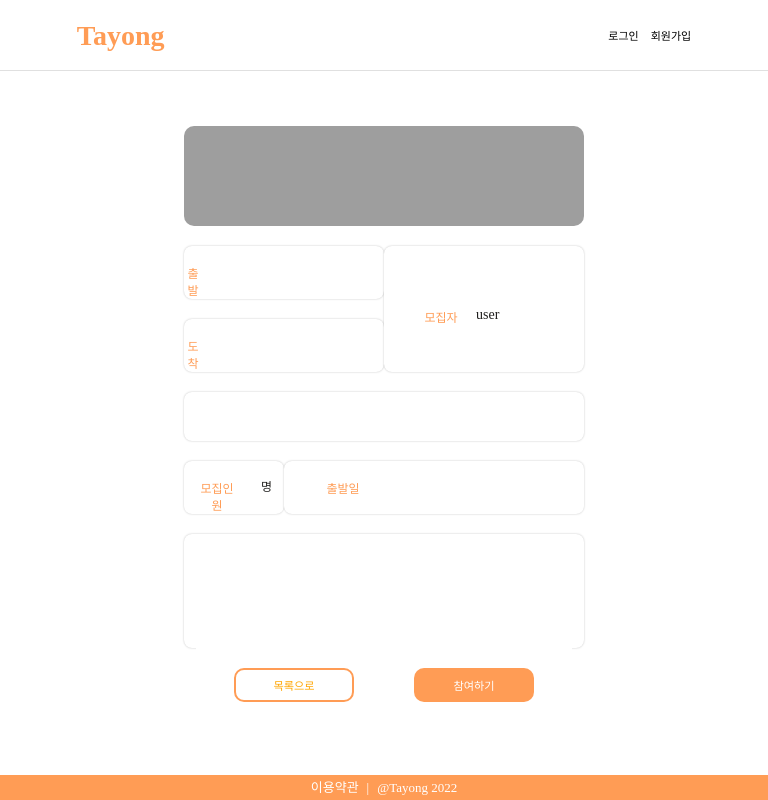
Repository: YEOMJINSEOP/Tayong
Page: /detail (app in react/)
The author's editor kept a copy of each file at every save. The page is drawn from the files as they stood at one save, then again after the next save.
The browser window is 768 px wide. The pictures show the whole page.
Pictures or frames that could not be fetched are drawn as grey boxes. The page's requests for data from a server got no answer. Some web fonts or font styles are not loaded; a fallback is used. The project was rebuilt for these pictures with package versions that can differ from the ones it lists, and the page was loaded fresh each time. No one was signed in, and anything a server would have sent is missing. Also part of the build but not shown: react/src/components/departure/departure.jsx, react/src/components/arrival/arrival.jsx, react/src/components/locationSelector/locationSelector.jsx, react/src/pages/Home.jsx, react/src/components/meet/meet.jsx, react/src/components/list/meetList.jsx, react/src/pages/List.jsx, react/src/components/form/form.jsx and 5 more.

Above is the page before, as saved 2022-12-09 10:40:59.

### react/public/index.html
<!DOCTYPE html>
<html lang="en">
  <head>
    <base href="/" />
    <meta charset="utf-8" />
    <link rel="icon" href="%PUBLIC_URL%/favicon.ico" />
    <meta name="viewport" content="width=device-width, initial-scale=1" />
    <meta name="theme-color" content="#000000" />
    <meta
      name="description"
      content="Web site created using create-react-app"
    />
    <link rel="apple-touch-icon" href="%PUBLIC_URL%/logo192.png" />
    <!--
      manifest.json provides metadata used when your web app is installed on a
      user's mobile device or desktop. See https://developers.google.com/web/fundamentals/web-app-manifest/
    -->
    <link rel="manifest" href="%PUBLIC_URL%/manifest.json" />
    <!--
      Notice the use of %PUBLIC_URL% in the tags above.
      It will be replaced with the URL of the `public` folder during the build.
      Only files inside the `public` folder can be referenced from the HTML.

      Unlike "/favicon.ico" or "favicon.ico", "%PUBLIC_URL%/favicon.ico" will
      work correctly both with client-side routing and a non-root public URL.
      Learn how to configure a non-root public URL by running `npm run build`.
    -->
    <title>React App</title>
  </head>
  <body>
    <noscript>You need to enable JavaScript to run this app.</noscript>
    <div id="root"></div>
    <!--
      This HTML file is a template.
      If you open it directly in the browser, you will see an empty page.

      You can add webfonts, meta tags, or analytics to this file.
      The build step will place the bundled scripts into the <body> tag.

      To begin the development, run `npm start` or `yarn start`.
      To create a production bundle, use `npm run build` or `yarn build`.
    -->
  </body>
</html>

### react/src/App.module.css
:root{

  /* color */
  --color-orange: #FF9C55;
  --color-light-grey: #e0e0e0;
  --color-white: #ffffff;
  --color-black: #201F1E;


  /* font family */
  --font-famiy-pretendard-regular: 'Pretendard-Regular';
  --font-family-leferipoint-black: 'LeferiPoint-BlackA';
  --font-family-leferibase-regular: 'LeferiBaseType-RegularA';
  --font-family-leferibase-bold:  'LeferiBaseType-BoldA';

  /* font size */
  --font-large: 48px;
  --font-medium: 28px;
  --font-regular: 18px;
  --font-small: 14px;
  --font-semi-small: 12px;
  --font-micro: 10px;

  /* font weight */
  --weight-pretendard-thin:  100;
  --weight-pretendard-extraLight:  200;
  --weight-pretendard-light: 300;
  --weight-pretendard-regular: 400;
  --weight-pretendard-medium:  500;
  --weight-pretendard-semiBold:  600;
  --weight-pretendard-bold:  700;
  --weight-pretendard-extraBold: 800;
  --weight-pretendard-black: 900;

  --weight-leferi-point-white: 200;
  --weight-leferi-point-black: 700;

  --weight-leferi-base-regular: 400;
  --weight-leferi-base-bold: 700;

 /* border weight */
 --border-weight: 1.5px;

 /* border radius */
 --border-radius: 0.7rem;
}

/* universal setting*/
*{
  margin: 0;
  box-sizing: border-box;
}

@font-face {
  font-family: 'LeferiPoint-BlackA';
  src: url('https://cdn.jsdelivr.net/gh/projectnoonnu/noonfonts_2201-2@1.0/LeferiPoint-BlackA.woff') format('woff');
  font-weight: normal;
  font-style: normal;
}


@font-face {
  font-family: 'LeferiBaseType-BoldA';
  src: url('https://cdn.jsdelivr.net/gh/projectnoonnu/noonfonts_2201-2@1.0/LeferiBaseType-BoldA.woff') format('woff');
  font-weight: normal;
  font-style: normal;
}

@font-face {
  font-family: 'LeferiBaseType-RegularA';
  src: url('https://cdn.jsdelivr.net/gh/projectnoonnu/noonfonts_2201-2@1.0/LeferiBaseType-RegularA.woff') format('woff');
  font-weight: normal;
  font-style: normal;
}

@font-face {
  font-family: 'Pretendard-Regular';
  src: url('https://cdn.jsdelivr.net/gh/Project-Noonnu/noonfonts_2107@1.1/Pretendard-Regular.woff') format('woff');
  font-weight: 400;
  font-style: normal;
}



input:focus{
  outline: none;
}

button{
  border: none;
  cursor: pointer;
  background-color: transparent;
}

### react/src/pages/Detail.jsx
import React from 'react';
import Footer from '../components/footer/footer';
import Header from '../components/header/header';
import MeetDetail from '../components/meetDetail/meetDetail'

function Detail(props) {
  return (
    <>
      <Header/>
      <MeetDetail/>
      <Footer/>
    </>
  );
}

export default Detail;

### react/src/components/header/header.jsx
import React from 'react';
import { useEffect } from 'react';
import { useState } from 'react';
import { useNavigate } from 'react-router-dom';
import styles from './header.module.css';
import getData from '../../service/getData';

function Header(props) {
  const navigate = useNavigate();
  const[loginId, setLoginId] = useState("로그인");
  const[loginSucceed, setLoginSucceed] = useState(0);

  const showLoginId = () => {
    if(loginSucceed == 1){
      return loginId;
    }
    else{
      return '로그인';
    }
  }

  const showSignUp = () => {
    if(loginSucceed == 1){
      return "";
    }
    else{
      return '회원가입'
    }
  }

  useEffect(() => {
    const getUrl = 'https://yw1nspc2nl.execute-api.ap-northeast-2.amazonaws.com/dev/loginValue';
    getData(getUrl)
      .then(data => {
        const isLoginSucceed = JSON.parse(data.data['loginSuccess']);
        const loginId = data.data['loginId'];
        console.log(isLoginSucceed);
        setLoginSucceed(isLoginSucceed);
        setLoginId(loginId);
      })
  })

  return (
    <>
      <nav className={styles.navbar}>
        <p className={styles.logo} onClick={() => {
          navigate(`/`)
        }} >Tayong</p>
        <div className={styles.navbarBtn}>
          <button className={styles.btn} onClick={() => {navigate('/login')}}>{showLoginId()}</button>
          <button className={styles.btn} onClick={() => {navigate('/signup')}}>{showSignUp()}</button>
        </div>
      </nav>
    </>
  );
}

export default Header;

### react/src/components/footer/footer.jsx
import React from 'react';
import styles from './footer.module.css';

function Footer(props) {
  return (
     <footer className={styles.footer}>
      <p className={styles.contract}>이용약관</p>
      <span className={styles.divider}>  |  </span>
      <p className={styles.name}>@Tayong 2022</p>
     </footer>
  );
}

export default Footer;

### react/src/components/header/header.module.css
@import '../../App.module.css';

@font-face {
  font-family: 'LeferiPoint-BlackA';
  src: url('https://cdn.jsdelivr.net/gh/projectnoonnu/noonfonts_2201-2@1.0/LeferiPoint-BlackA.woff') format('woff');
  font-weight: normal;
  font-style: normal;
}

button{
  width: 4rem;
  font-size: 0.7rem;
}

.navbar{
  z-index: 1;
  width: 100%;
  height: 71px;

  position: fixed;

  background-color: var(--color-white);
  border-bottom: var(--border-weight) solid var(--color-light-grey);
  display: flex;
  align-items: center;
  justify-content: space-between;
}

.logo{
  font-family: 'LeferiPoint-BlackA';
  font-size: var(--font-medium);
  font-weight: bold;
  color: var(--color-orange);
  padding-left: 10vw;
  cursor: pointer;
}

.navbarBtn{
  display: flex;
  flex-direction: row;
  justify-content: center;
  align-items: center;
  padding-right: 10vw;
}

.btn{
  font-family: var(--font-famiy-pretendard-regular);
  font-size: 15px;
  font-weight: var(--weight-pretendard-light);
  width: 100px;
  height: 1.2rem;
  padding: 0;
  cursor: pointer;
}

@media screen and (max-width: 768px){

  .btn {
    font-size: 11px;
    width:fit-content;
    margin-left: 12px;
  }
  .navbarBtn{
    display: flex;
    justify-content: right;
  }
}

### react/src/service/getData.jsx
import axios from 'axios';

const getData = (url) => {
  return axios.get(url);
}

export default getData;

### react/src/components/footer/footer.module.css
@import '../../App.module.css';

.footer{
  width: 100%;
  height: 25px;

  position: fixed;
  bottom: 0;

  background-color: var(--color-orange);

  display: flex;
  flex-direction: row;
  justify-content: center;
  align-items: center;
  font-size: var(--font-micro)
}

.contract, .name, .divider{
  font-family: var(--font-famiy-pretendard-regular);
  color: var(--color-white);
  font-size: 13px;
}

.divider{
  margin: 0 8px;
}

.contract:hover{
  cursor: pointer;
}

### react/src/components/locationSelector/locationSelector.module.css
@import '../../App.module.css';

.locationSelector{
  position: fixed;

  width: 100%;
  margin: auto;
  top: 35%;

  display: flex;
  flex-direction: column;
  align-items: center;
}

.location{
  display: flex;
  flex-direction: row;
  justify-content: space-between;
  margin-bottom: 30px;
}

.info{
  font-size: 20px;
  color: var(--color-black);
  text-align: center;
  padding-bottom: 0.5rem;
}


.info span{
  font-size: 26px;
  font-weight: var(--weight-pretendard-medium);
  color: var(--color-orange);
}

.ocos{
  font-family: var(--font-family-leferibase-bold);
}

.info{
  margin-bottom: 1;
}


.arrow{

  margin-top: 80px;
  display: flex;
  align-items:center;
  font-size: 30px;
  color: var(--color-orange);
}


.submitBtn{

  position: fixed;
  top: 62%;
  outline: none;
  width: 201px;
  height: 51px;

  font-family: var(--font-family-pretendard-regular);
  font-weight: var(--weight-pretendard-semiBold);
  font-size: 16px;
  color: var(--color-white);

  background-color: var(--color-orange);
  border-radius: var(--border-radius);
}


@media screen and (max-width: 768px){

.info{
    font-size: 16px;
    color: var(--color-black);
    text-align: center;
    padding-bottom: 0.5rem;
}


.info span{
    font-size: 22px;
    font-weight: var(--weight-pretendard-medium);
    color: var(--color-orange);
}

.ocos{
    font-size: 22px;
    font-family: var(--font-family-leferibase-bold);
}

.arrow{
  transform: rotate(90deg);
}

.departure{
  margin-bottom: 30px;
}

.arrival{
  margin-top: 30px;
}


.location{
  position: fixed;
  top: 15%;
  display: flex;
  flex-direction: column;
  justify-content: center;
  align-items: center;
  margin-bottom: 30px;
}

.arrow{
  margin: 20px 0;
  padding: 0;
}

.submitBtn {
  position: fixed;
  top: 75%;
}
}

### react/src/components/meetDetail/meetDetail.module.css
@import '../../App.module.css';


.container{
  position: absolute;
  top: 12%;

  width: 100%;
  display: flex;
  flex-direction: column;
  align-items: center;
  justify-content: center;

  /* background-color: lightblue; */
}

.departure, .arrival, .remainingTime, .recruitment, .transport, .title, .content, .user{
  border: none;
  outline: none;
  background: var(--color-white);
  box-shadow: 0px 0px 2px rgba(0, 0, 0, 0.25);
  border-radius: 8px;
  text-align: center;

  display: flex;
  justify-content: space-between;
  align-items: center;

  padding: 0 12px;
}

.meetDetailLable{
  width: 60px;
  height: 14px;
  margin: 0;

  font-family: var(--font-family-pretendard-regular);
  font-weight: 500;
  font-size: 12px;
  line-height: 17px;

  color: var(--color-orange);
}

.imgTransport{
  width: 596px;
  height: 100px;
  border-radius: 10px;
}

.locAndUserContainer{
  width: 596px;
  margin-top: 20px;
  display: flex;
  justify-content: space-between;
}

.departure{
  width: 288px;
  height: 53px;


  display: flex;
  justify-content: center;
  align-items: center;
}

.arrival{
  width: 288px;
  height: 53px;
  margin-top: 20px;

  display: flex;
  justify-content: center;
  align-items: center;
}

.user{
  width: 288px;
  height: 126px;
}

.title{
  width: 596px;
  height: 49px;
  margin-top: 20px;
}

.info{
  width: 596px;
  margin-top: 20px;
  display: flex;
  justify-content: space-between;
}


.recruitment {
  width: 288px;
  height: 53px;
  margin-left: 0;
  display: flex;
  justify-content: center;
  align-items: center;
}

.recruitment input{
  width: 20px;
  margin-left: 3px;
  padding-right: 0;
  margin-right: 0;
}

.recruitment p {
  margin: 0;
  font-size: 12px;
}

.remainingTime {
  width: 288px;
  height: 53px;

  display: flex;
  justify-content: center;
  align-items: center;
}


.userInfo{
  margin-left: 20px;
}
.userAvatar{
  background-color: lightblue;
  width: 50px;
  height: 50px;
  border-radius: 100%;
  font-size: 40px;
}

.content{
  width: 596px;
  height: 114px;
  margin-top: 20px;
  padding-top: 20px;
}

.btns{
  width: 596px;
  height: 34px;
  margin-top: 20px;
  display: flex;
  justify-content: space-between;
}

button {
  width: 185px;
  height: 34px;
  border-radius: 10px;
}

.btn_join, .btn_chat{
  background-color: var(--color-orange);
  color: var(--color-white);
}

.btn_backToList{
  background-color: var(--color-white);
  border: 2px solid var(--color-orange);
  color: orange;
}

.btn_chat a {
  text-decoration: none;
  color: var(--color-white);
}

.userInfo {
  display: flex;
  flex-direction: row;
  justify-content: space-between;
}

.userInfoInfo {
  width: 50px;
  font-size: 12px;
  color: var(--color-orange);
  text-align: center;
  padding-top: 15px;
  margin-right: 10px;
}

.userInfo p {
  padding-top: 13px;
}


@media screen and (max-width: 768px){
  .imgTransport{
    width: 400px;
  }

  .locAndUserContainer{
    width: 400px;
    margin-top: 20px;
    display: flex;
    justify-content: space-between;
  }

  .departure{
    width: 200px;
  }

  .arrival{
    width: 200px;
  }
  .title{
    width: 400px;
  }
  .info{
    width: 400px;
  }

  .recruitment{
    width: 100px;
  }


  .remainingTime{
    width: 300px;
  }

  .container{
    padding-top: 30px;
    padding-left: 10px;
    padding-right: 10px;
  }

  .userInfoInfo {
    width: 60px;
    margin: 0;
    padding-right: 10px;
  }

  .content{
    width: 400px;
  }

  .btns{
    width: 300px;
  }

  button {
    width: 120px;
  }
}

### react/src/service/postData.jsx
import React from 'react';
import axios from 'axios';


const postData = (url, data) => {
  axios
  .post(url, data)
  .then(
    (res) => {
      console.log(res);
      console.log("data post complete🥕");
    }
  )
}

export default postData;

### react/src/components/loginForm/loginForm.module.css
@import '../../App.module.css';

.logInContainer{
    position: absolute;
    top: 22%;

    width: 100%;
    display: flex;
    flex-direction: column;
    align-items: center;
    justify-content: center;

}

.logo{
  font-family: 'LeferiPoint-BlackA';
  font-size: 50px;
  font-weight: bold;
  color: var(--color-orange);

  cursor: pointer;
}

.email {
  display: flex;
  flex-direction: column;
  align-items: flex-start;
  margin-top: 40px;
}

.email input{
  width: 390px;
  height: 48px;

  border: 1px solid #CCCCCC;
  border-radius: 6px;

  margin-top: 10px;
  padding-left: 15px;
  text-align: left;
}

.password{
  display: flex;
  flex-direction: column;
  align-items: flex-start;
  margin-top: 30px;
}

.password input{
  width: 390px;
  height: 48px;

  border: 1px solid #CCCCCC;
  border-radius: 6px;

  margin-top: 10px;

  padding-left: 15px;
  text-align: left;
}

label {
  font-family: var('Pretendard-Regular');
  font-weight: 600;
  color: var(--color-black);
  font-size: 18px;
  margin: 0;
  width: 100%;
}

.submitBtn {
  width: 390px;
  height: 52px;

  margin-top: 36px;

  background: #FF9C55;
  border-radius: 6px;

  font-family: var('Pretendard-Regular');
  color: var(--color-white);
  font-weight: 600;
  font-size: 18px;
  line-height: 22px;

  cursor: pointer;
}

.extraFunc {
  display: flex;
  flex-direction: row;
  justify-content: space-between;

  font-family: var('Pretendard-Regular');
  font-weight: 300;
  font-size: 14px;
  line-height: 17px;
  text-decoration-line: underline;
  color: var(--color-black);

  width: 390px;
  margin-top: 12px;

}

.extraFunc p{
  cursor:pointer;
}

### react/src/components/signUpForm/signUpForm.module.css
@import '../../App.module.css';

.logInContainer{
    position: absolute;
    top: 12%;

    width: 100%;
    display: flex;
    flex-direction: column;
    align-items: center;
    justify-content: center;

}

.title{
  font-family: var('Pretendard-Regular');
  font-size: 36px;
  font-weight: bold;
  color: var(--color-orange);

  cursor: pointer;
}

.email {
  display: flex;
  flex-direction: column;
  align-items: flex-start;
  margin-top: 40px;
}

.email input{
  width: 390px;
  height: 48px;

  border: 1px solid #CCCCCC;
  border-radius: 6px;

  margin-top: 10px;
  padding-left: 15px;
  text-align: left;
}

.authBtn{
  width: 79px;
  height: 48px;
  margin-left: 9px;
  background-color: var(--color-orange);
  border-radius: 6px;

  color: var(--color-white);
  font-family: var('Pretendard-Regular');
  font-weight: 500;
  font-size: 16px;
  line-height: 19px;
}

.password{
  display: flex;
  flex-direction: column;
  align-items: flex-start;
  margin-top: 30px;
}

.password input{
  width: 390px;
  height: 48px;

  border: 1px solid #CCCCCC;
  border-radius: 6px;

  margin-top: 10px;

  padding-left: 15px;
  text-align: left;
}

label {
  font-family: var('Pretendard-Regular');
  font-weight: 600;
  color: var(--color-black);
  font-size: 18px;
  margin: 0;
  width: 100%;
}

.submitBtn {
  width: 390px;
  height: 52px;

  margin-top: 36px;

  background: #FF9C55;
  border-radius: 6px;

  font-family: var('Pretendard-Regular');
  color: var(--color-white);
  font-weight: 600;
  font-size: 18px;
  line-height: 22px;

  cursor: pointer;
}

.nickname {
  display: flex;
  flex-direction: column;
  align-items: flex-start;
  margin-top: 40px;
}

.nickname input{
  width: 390px;
  height: 48px;

  border: 1px solid #CCCCCC;
  border-radius: 6px;

  margin-top: 10px;
  padding-left: 15px;
  text-align: left;
}

### react/src/components/departure/departure.module.css
@import '../../App.module.css';


.departure{
  margin: 0 3rem;
}

.info{
  font-size: 20px;
  color: var(--color-black);
  text-align: center;
  padding-bottom: 0.5rem;
}


.info span{
  font-size: 26px;
  font-weight: var(--weight-pretendard-medium);
  color: var(--color-orange);
}

.inputBox{
  width: 300px;
  height: 81px;
  padding: 0 0.5rem;

  background-color: var(--color-white);
  box-shadow: 0px 0px 4px rgba(0, 0, 0, 0.25);
  border-radius: 1rem;

  display: flex;
  justify-content: center;
  align-items: center;
}

.input{
  border: none;
  outline: none;
  font-weight: var(--weight-pretendard-light);
  font-size: 18px;
  text-align: center;
}

.searchIcon{
  width: 28px;
  height: 28px;
  color: var(--color-orange);
}


.ocos{
  font-family: var(--font-family-leferibase-bold);
}



.searchDropDown ul{
  list-style: none;
  padding: 0;
}

.searchDropDown li{
  width: 100%;
  margin-bottom: 0.1px;

  border: 0.5px solid lightgrey;
  border-radius: 4px;
}

.searchDropDown li:hover{
  border: 0.5px solid var(--color-orange);
}

.searchDropDown button{
  width: 100%;
  height: 32px;

  font-family: var(--font-family-pretendard-regular);

  font-size: 18px;

/*
  border: 1px solid var(--color-orange); */
}

@media screen and (max-width: 768px){
  .searchIcon{
    width: 20px;
    height: 20px;
  }
}

### react/src/components/arrival/arrival.module.css
@import '../../App.module.css';


.arrival{
  margin: 0 3rem;
}

.inputBox{
  width: 300px;
  height: 81px;
  padding: 0 0.5rem;

  background-color: var(--color-white);
  box-shadow: 0px 0px 4px rgba(0, 0, 0, 0.25);
  border-radius: 1rem;

  display: flex;
  justify-content: center;
  align-items: center;
}


.input{
  border: none;
  outline: none;
  font-weight: var(--weight-pretendard-light);
  font-size: 18px;
  text-align: center;
}


.searchIcon{
  width: 28px;
  height: 28px;
  color: var(--color-orange);
}

.ocos{
  font-family: var(--font-family-leferibase-bold);
}


.searchDropDown ul{
  list-style: none;
  padding: 0;
}

.searchDropDown li{
  width: 100%;
  margin-bottom: 0.1px;

  border: 0.5px solid lightgrey;
  border-radius: 4px;
}

.searchDropDown li:hover{
  border: 0.5px solid var(--color-orange);
}

.searchDropDown button{
  width: 100%;
  height: 32px;

  font-family: var(--font-family-pretendard-regular);

  font-size: 18px;

/*
  border: 1px solid var(--color-orange); */
}

@media screen and (max-width: 768px){
  .searchIcon{
    width: 20px;
    height: 20px;
  }
}

### react/src/components/meet/meet.module.css
@import '../../App.module.css';
@import '../list/meetList.module.css';
 *{
  font-family: var(--font-famiy-pretendard-regular);
 }

.meet{
  /* width: 288px; */
  width: 100%;
  height: 180px;
  background-color: var(--color-white);
  box-shadow: 0px 0px 4px rgba(0, 0, 0, 0.25);
  border-radius: 1rem;

  display: flex;
  flex-direction: column;

}

.meet:hover{
  cursor: pointer;
  opacity: 0.8;
}

.transportImg{
  width: 100%;
  height: 4.6rem;

  object-fit: cover;
  border-radius: 1rem 1rem 0 0;
}

.infoImage{
  width: 100%;
  height: 4rem;
  background-color: lightyellow;
  border-radius: 1rem 1rem 0 0;
}

.infoLocation{
  width: 100%;
  height: 50px;
  display: flex;
  justify-content: center;
  align-items: center;
}

.infoDeparture, .infoArrival{
  display: flex;
  flex-direction: column;
  justify-content: center;
  align-items: center;

  width: 97px;
  height: 17px;

  font-family: var(--font-famiy-pretendard-regular);
  font-weight: 600;
  font-size: 14px;
  line-height: 17px;

  margin-top: 15px;
  padding: 0 px;

}

.infoDeparture p, .infoArrival p{
  width: 30px;
  height: 14px;

  text-align: center;
  margin: 5px;
  font-family: var(--font-famiy-pretendard-regular);
  font-weight: 300;
  font-size: 10px;
  color: var(--color-orange);

  background: #FFFFFF;
  box-shadow: 0px 0px 1px rgba(0, 0, 0, 0.25);
  border-radius: 2px;

}


.arrow{
  position: relative;
  margin: 0 0.5rem;
  top: 1.2rem;
  width: 14px;
  height: 14px;
  color: var(--color-orange);
}

.infoSet{
  height: 2.5rem;
  margin-top: 10px;
  display: flex;
  flex-direction: row;
  justify-content: center;
  align-items: center;
  padding-right:0.5rem;
}

.infoSet div{
  text-align: center;
  font-size: 10px;
  font-weight: 300;
}

.infoSet p{
  font-size: 10px;
  font-weight: 300;
  box-shadow: 0px 0px 1px rgba(0, 0, 0, 0.25);
  border-radius: 2px;
  margin-right: 10px;
  padding: 0 3px;
  color: var(--color-orange);
}

.infoRecruitment{
  display: flex;
  justify-content: space-around;
  align-items: center;
  margin-right: 15px;

  font-family: var(--font-famiy-pretendard-regular);
}

.infoTime{
  display: flex;
  justify-content: space-around;
  align-items: center;

  font-family: var(--font-famiy-pretendard-regular);
}

Loaded but not shown: react/src/index.js (common file); react/src/index.css (common file); react/src/reportWebVitals.js (common file); react/src/App.js (53 lines, source omitted); react/src/components/meetDetail/meetDetail.jsx (165 lines, source omitted); react/src/components/form/form.module.css (242 lines, source omitted); react/src/components/list/meetList.module.css (206 lines, source omitted)

After the next save:
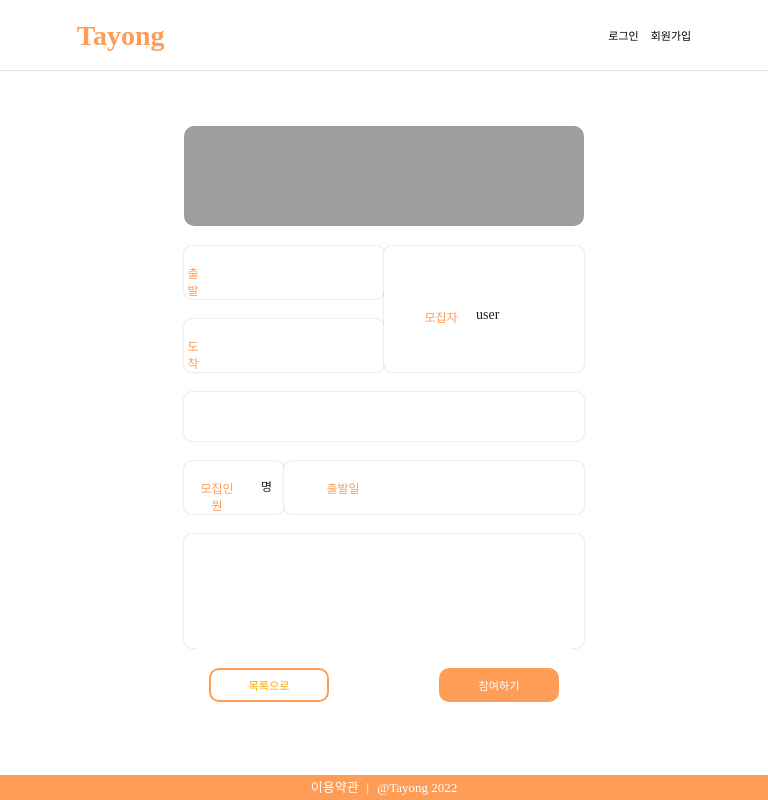
Saved 10 s later.
--- a/react/src/components/meetDetail/meetDetail.module.css
+++ b/react/src/components/meetDetail/meetDetail.module.css
@@ -245,10 +245,11 @@
   }
 
   .btns{
-    width: 300px;
+    width: 350px;
   }
 
   button {
     width: 120px;
-  }
-}
+
+  }
+}

After the save that followed:
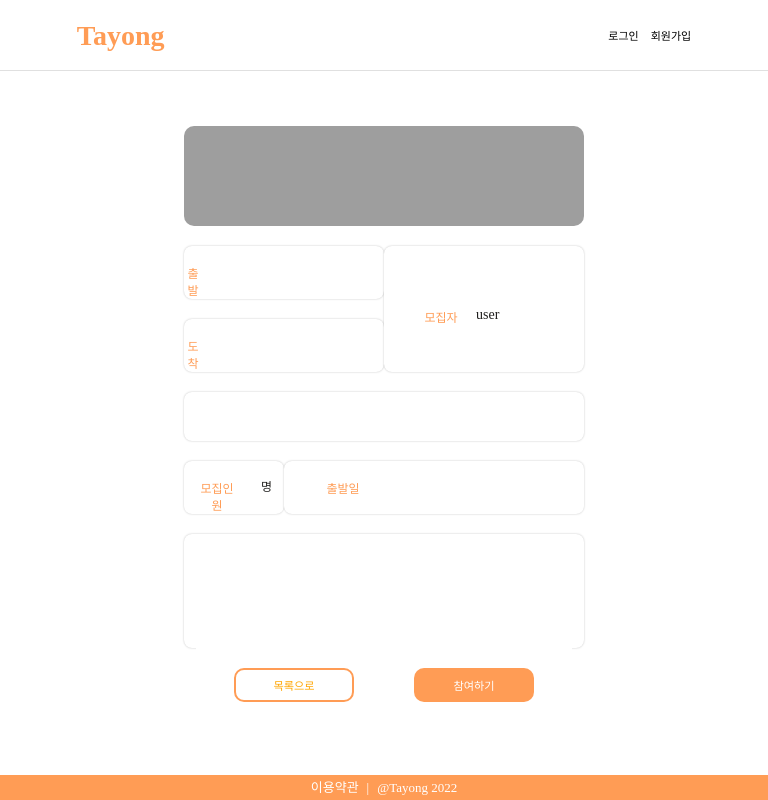
Saved 5 s later.
--- a/react/src/components/meetDetail/meetDetail.module.css
+++ b/react/src/components/meetDetail/meetDetail.module.css
@@ -245,7 +245,7 @@
   }
 
   .btns{
-    width: 350px;
+    width: 300px;
   }
 
   button {
